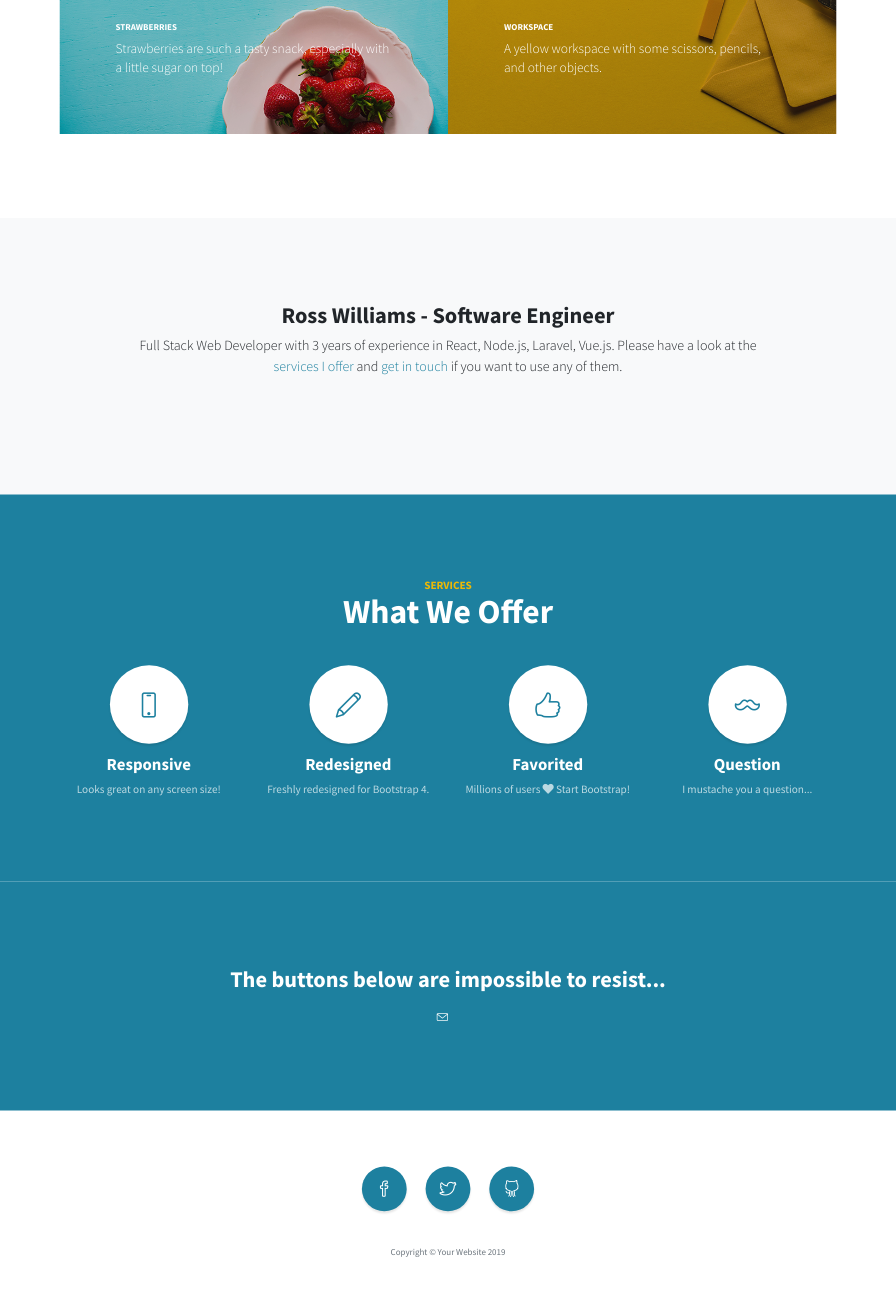
Repository: Williams94/Williams94.github.io
Page: index.html
The author's editor kept a copy of each file at every save. The page is drawn from the files as they stood at one save, then again after the next save.
The browser window is 1280 px wide. The pictures show the part of the page from y = 1568 to 3488 px (the page is 3446 px tall before and 3488 px after), at 70% of full size.
A picture or video elsewhere on the page could not be fetched, so the positions and the page height are approximate.

Above is the page before, as saved 2019-07-06 13:46:39.

### index.html
<!DOCTYPE html>
<html lang="en">

<head>

  <meta charset="utf-8">
  <meta name="viewport" content="width=device-width, initial-scale=1, shrink-to-fit=no">
  <meta name="description" content="">
  <meta name="author" content="">

  <title>Stylish Portfolio - Start Bootstrap Template</title>

  <!-- Bootstrap Core CSS -->
  <link href="vendor/bootstrap/css/bootstrap.min.css" rel="stylesheet">

  <!-- Custom Fonts -->
  <link href="vendor/fontawesome-free/css/all.min.css" rel="stylesheet" type="text/css">
  <link href="https://fonts.googleapis.com/css?family=Source+Sans+Pro:300,400,700,300italic,400italic,700italic"
    rel="stylesheet" type="text/css">
  <link href="vendor/simple-line-icons/css/simple-line-icons.css" rel="stylesheet">

  <!-- Custom CSS -->
  <link href="css/stylish-portfolio.css" rel="stylesheet">
  <!-- <link href="css/new-age.min.css" rel="stylesheet"> -->

</head>

<body id="page-top">

  <!-- Navigation -->
  <nav class="navbar navbar-expand-lg navbar-light fixed-top" id="mainNav">
    <div class="container">
      <a class="navbar-brand js-scroll-trigger" href="#page-top">Ross Williams</a>
      <button class="navbar-toggler navbar-toggler-right" type="button" data-toggle="collapse"
        data-target="#navbarResponsive" aria-controls="navbarResponsive" aria-expanded="false"
        aria-label="Toggle navigation">
        Menu
        <i class="fas fa-bars"></i>
      </button>
      <div class="collapse navbar-collapse" id="navbarResponsive">
        <ul class="navbar-nav ml-auto">
          <li class="nav-item">
            <a class="nav-link js-scroll-trigger" href="#about">About</a>
          </li>
          <li class="nav-item">
            <a class="nav-link js-scroll-trigger" href="#portfolio">Portfolio</a>
          </li>
          <li class="nav-item">
            <a class="nav-link js-scroll-trigger" href="#services">Services</a>
          </li>
          <li class="nav-item">
            <a class="nav-link js-scroll-trigger" href="#contact">Contact</a>
          </li>
        </ul>
      </div>
    </div>
  </nav>

  <!-- Header -->
  <header class="masthead">
    <div class="container h-100">
      <div class="row h-100">
        <div class="col-lg-7 my-auto">
          <div class="header-content mx-auto">
            <h1 class="mb-5">Welcome, please take a look at my previous projects and the services I offer.</h1>
          </div>
        </div>
        <div class="col-lg-5 my-auto">
          <div class="device-container">
            <div class="device-mockup iphone6_plus portrait white">
              <div class="device">
                <div class="screen">
                  <!-- Demo image for screen mockup, you can put an image here, some HTML, an animation, video, or anything else! -->
                  <img src="img/demo-screen-1.jpg" class="img-fluid" alt="">
                </div>
                <div class="button">
                  <!-- You can hook the "home button" to some JavaScript events or just remove it -->
                </div>
              </div>
            </div>
          </div>
        </div>
      </div>
    </div>
  </header>

  <!-- Portfolio -->
  <section class="content-section" id="portfolio">
    <div class="container">
      <div class="content-section-heading text-center">
        <h3 class="text-secondary mb-0">Portfolio</h3>
        <h2 class="mb-5">Recent Projects</h2>
      </div>
      <div class="row no-gutters">
        <div class="col-lg-6">
          <a class="portfolio-item" href="#">
            <span class="caption">
              <span class="caption-content">
                <h2>Stationary</h2>
                <p class="mb-0">A yellow pencil with envelopes on a clean, blue backdrop!</p>
              </span>
            </span>
            <img class="img-fluid" src="img/portfolio-1.jpg" alt="">
          </a>
        </div>
        <div class="col-lg-6">
          <a class="portfolio-item" href="#">
            <span class="caption">
              <span class="caption-content">
                <h2>Ice Cream</h2>
                <p class="mb-0">A dark blue background with a colored pencil, a clip, and a tiny ice cream cone!</p>
              </span>
            </span>
            <img class="img-fluid" src="img/portfolio-2.jpg" alt="">
          </a>
        </div>
        <div class="col-lg-6">
          <a class="portfolio-item" href="#">
            <span class="caption">
              <span class="caption-content">
                <h2>Strawberries</h2>
                <p class="mb-0">Strawberries are such a tasty snack, especially with a little sugar on top!</p>
              </span>
            </span>
            <img class="img-fluid" src="img/portfolio-3.jpg" alt="">
          </a>
        </div>
        <div class="col-lg-6">
          <a class="portfolio-item" href="#">
            <span class="caption">
              <span class="caption-content">
                <h2>Workspace</h2>
                <p class="mb-0">A yellow workspace with some scissors, pencils, and other objects.</p>
              </span>
            </span>
            <img class="img-fluid" src="img/portfolio-4.jpg" alt="">
          </a>
        </div>
      </div>
    </div>
  </section>

  <!-- About -->
  <section class="content-section bg-light" id="about">
    <div class="container text-center">
      <div class="row">
        <div class="col-lg-10 mx-auto">
          <h2>Ross Williams - Software Engineer</h2>
          <p class="lead mb-5">Full Stack Web Developer with 3 years of experience in React, Node.js, Laravel, Vue.js.
            Please have a look at the <a href="#services">services I offer</a> and <a href="#contact">get in touch</a>
            if you want to use any of them.
          </p>
        </div>
      </div>
    </div>
  </section>

  <!-- Services -->
  <section class="content-section bg-primary text-white text-center" id="services">
    <div class="container">
      <div class="content-section-heading">
        <h3 class="text-secondary mb-0">Services</h3>
        <h2 class="mb-5">What We Offer</h2>
      </div>
      <div class="row">
        <div class="col-lg-3 col-md-6 mb-5 mb-lg-0">
          <span class="service-icon rounded-circle mx-auto mb-3">
            <i class="icon-screen-smartphone"></i>
          </span>
          <h4>
            <strong>Responsive</strong>
          </h4>
          <p class="text-faded mb-0">Looks great on any screen size!</p>
        </div>
        <div class="col-lg-3 col-md-6 mb-5 mb-lg-0">
          <span class="service-icon rounded-circle mx-auto mb-3">
            <i class="icon-pencil"></i>
          </span>
          <h4>
            <strong>Redesigned</strong>
          </h4>
          <p class="text-faded mb-0">Freshly redesigned for Bootstrap 4.</p>
        </div>
        <div class="col-lg-3 col-md-6 mb-5 mb-md-0">
          <span class="service-icon rounded-circle mx-auto mb-3">
            <i class="icon-like"></i>
          </span>
          <h4>
            <strong>Favorited</strong>
          </h4>
          <p class="text-faded mb-0">Millions of users
            <i class="fas fa-heart"></i>
            Start Bootstrap!</p>
        </div>
        <div class="col-lg-3 col-md-6">
          <span class="service-icon rounded-circle mx-auto mb-3">
            <i class="icon-mustache"></i>
          </span>
          <h4>
            <strong>Question</strong>
          </h4>
          <p class="text-faded mb-0">I mustache you a question...</p>
        </div>
      </div>
    </div>
  </section>

  <!-- Call to Action -->
  <section class="content-section bg-primary text-white">
    <div class="container text-center">
      <h2 class="mb-4">The buttons below are impossible to resist...</h2>
      <a class="social-link rounded-circle text-white mr-3" href="#">
        <i class="icon-envelope"></i>
      </a>
    </div>
  </section>

  <!-- Map -->
  <!-- <section id="contact" class="map">
    <iframe width="100%" height="100%" frameborder="0" scrolling="no" marginheight="0" marginwidth="0"
      src="https://maps.google.com/maps?f=q&amp;source=s_q&amp;hl=en&amp;geocode=&amp;q=Twitter,+Inc.,+Market+Street,+San+Francisco,+CA&amp;aq=0&amp;oq=twitter&amp;sll=28.659344,-81.187888&amp;sspn=0.128789,0.264187&amp;ie=UTF8&amp;hq=Twitter,+Inc.,+Market+Street,+San+Francisco,+CA&amp;t=m&amp;z=15&amp;iwloc=A&amp;output=embed"></iframe>
    <br />
    <small>
      <a
        href="https://maps.google.com/maps?f=q&amp;source=embed&amp;hl=en&amp;geocode=&amp;q=Twitter,+Inc.,+Market+Street,+San+Francisco,+CA&amp;aq=0&amp;oq=twitter&amp;sll=28.659344,-81.187888&amp;sspn=0.128789,0.264187&amp;ie=UTF8&amp;hq=Twitter,+Inc.,+Market+Street,+San+Francisco,+CA&amp;t=m&amp;z=15&amp;iwloc=A"></a>
    </small>
  </section> -->

  <!-- Footer -->
  <footer class="footer text-center">
    <div class="container">
      <ul class="list-inline mb-5">
        <li class="list-inline-item">
          <a class="social-link rounded-circle text-white mr-3" href="#">
            <i class="icon-social-facebook"></i>
          </a>
        </li>
        <li class="list-inline-item">
          <a class="social-link rounded-circle text-white mr-3" href="#">
            <i class="icon-social-twitter"></i>
          </a>
        </li>
        <li class="list-inline-item">
          <a class="social-link rounded-circle text-white" href="#">
            <i class="icon-social-github"></i>
          </a>
        </li>
      </ul>
      <p class="text-muted small mb-0">Copyright &copy; Your Website 2019</p>
    </div>
  </footer>

  <!-- Scroll to Top Button-->
  <a class="scroll-to-top rounded js-scroll-trigger" href="#page-top">
    <i class="fas fa-angle-up"></i>
  </a>

  <!-- Bootstrap core JavaScript -->
  <script src="vendor/jquery/jquery.min.js"></script>
  <script src="vendor/bootstrap/js/bootstrap.bundle.min.js"></script>

  <!-- Plugin JavaScript -->
  <script src="vendor/jquery-easing/jquery.easing.min.js"></script>

  <!-- Custom scripts for this template -->
  <script src="js/stylish-portfolio.min.js"></script>

</body>

</html>

### css/stylish-portfolio.css
/*!
 * Start Bootstrap - Stylish Portfolio v5.0.6 (https://startbootstrap.com/template-overviews/stylish-portfolio)
 * Copyright 2013-2019 Start Bootstrap
 * Licensed under MIT (https://github.com/BlackrockDigital/startbootstrap-stylish-portfolio/blob/master/LICENSE)
 */

body,
html {
  width: 100%;
  height: 100%;
}

body {
  font-family: "Source Sans Pro";
}

.btn-xl {
  padding: 1.25rem 2.5rem;
}

.content-section {
  padding-top: 7.5rem;
  padding-bottom: 7.5rem;
}

.content-section-heading h2 {
  font-size: 3rem;
}

.content-section-heading h3 {
  font-size: 1rem;
  text-transform: uppercase;
}

h1,
h2,
h3,
h4,
h5,
h6 {
  font-weight: 700;
}

.text-faded {
  color: rgba(255, 255, 255, 0.7);
}

/* Map */
.map {
  height: 30rem;
}

@media (max-width: 992px) {
  .map {
    height: 75%;
  }
}

.map iframe {
  pointer-events: none;
}

.scroll-to-top {
  position: fixed;
  right: 15px;
  bottom: 15px;
  display: none;
  width: 50px;
  height: 50px;
  text-align: center;
  color: white;
  background: rgba(52, 58, 64, 0.5);
  line-height: 45px;
}

.scroll-to-top:focus,
.scroll-to-top:hover {
  color: white;
}

.scroll-to-top:hover {
  background: #343a40;
}

.scroll-to-top i {
  font-weight: 800;
}

.masthead {
  min-height: 30rem;
  position: relative;
  display: table;
  width: 100%;
  height: auto;
  padding-top: 8rem;
  padding-bottom: 8rem;
  background: -webkit-gradient(
      linear,
      left top,
      right top,
      from(rgba(255, 255, 255, 0.1)),
      to(rgba(255, 255, 255, 0.1))
    ),
    url("../img/bg-masthead.jpg");
  background: linear-gradient(
      90deg,
      rgba(255, 255, 255, 0.1) 0%,
      rgba(255, 255, 255, 0.1) 100%
    ),
    url("../img/bg-masthead.jpg");
  background-position: center center;
  background-repeat: no-repeat;
  background-size: cover;
}

.masthead h1 {
  font-size: 4rem;
  margin: 0;
  padding: 0;
}

@media (min-width: 992px) {
  .masthead {
    height: 100vh;
  }
  .masthead h1 {
    font-size: 5.5rem;
  }
}

/* Side Menu */
#sidebar-wrapper {
  position: fixed;
  z-index: 2;
  right: 0;
  width: 250px;
  height: 100%;
  -webkit-transition: all 0.4s ease 0s;
  transition: all 0.4s ease 0s;
  -webkit-transform: translateX(250px);
  transform: translateX(250px);
  background: #1d809f;
  border-left: 1px solid rgba(255, 255, 255, 0.1);
}

.sidebar-nav {
  position: absolute;
  top: 0;
  width: 250px;
  margin: 0;
  padding: 0;
  list-style: none;
}

.sidebar-nav li.sidebar-nav-item a {
  display: block;
  text-decoration: none;
  color: #fff;
  padding: 15px;
}

.sidebar-nav li a:hover {
  text-decoration: none;
  color: #fff;
  background: rgba(255, 255, 255, 0.2);
}

.sidebar-nav li a:active,
.sidebar-nav li a:focus {
  text-decoration: none;
}

.sidebar-nav > .sidebar-brand {
  font-size: 1.2rem;
  background: rgba(52, 58, 64, 0.1);
  height: 80px;
  line-height: 50px;
  padding-top: 15px;
  padding-bottom: 15px;
  padding-left: 15px;
}

.sidebar-nav > .sidebar-brand a {
  color: #fff;
}

.sidebar-nav > .sidebar-brand a:hover {
  color: #fff;
  background: none;
}

#sidebar-wrapper.active {
  right: 250px;
  width: 250px;
  -webkit-transition: all 0.4s ease 0s;
  transition: all 0.4s ease 0s;
}

.menu-toggle {
  position: fixed;
  right: 15px;
  top: 15px;
  width: 50px;
  height: 50px;
  text-align: center;
  color: #fff;
  background: rgba(52, 58, 64, 0.5);
  line-height: 50px;
  z-index: 999;
}

.menu-toggle:focus,
.menu-toggle:hover {
  color: #fff;
}

.menu-toggle:hover {
  background: #343a40;
}

.service-icon {
  background-color: #fff;
  color: #1d809f;
  height: 7rem;
  width: 7rem;
  display: block;
  line-height: 7.5rem;
  font-size: 2.25rem;
  -webkit-box-shadow: 0 3px 3px 0 rgba(0, 0, 0, 0.1);
  box-shadow: 0 3px 3px 0 rgba(0, 0, 0, 0.1);
}

.callout {
  padding: 15rem 0;
  background: -webkit-gradient(
      linear,
      left top,
      right top,
      from(rgba(255, 255, 255, 0.1)),
      to(rgba(255, 255, 255, 0.1))
    ),
    url("../img/bg-callout.jpg");
  background: linear-gradient(
      90deg,
      rgba(255, 255, 255, 0.1) 0%,
      rgba(255, 255, 255, 0.1) 100%
    ),
    url("../img/bg-callout.jpg");
  background-position: center center;
  background-repeat: no-repeat;
  background-size: cover;
}

.callout h2 {
  font-size: 3.5rem;
  font-weight: 700;
  display: block;
  max-width: 30rem;
}

.portfolio-item {
  display: block;
  position: relative;
  overflow: hidden;
  max-width: 530px;
  margin: auto auto 1rem;
}

.portfolio-item .caption {
  display: -webkit-box;
  display: -ms-flexbox;
  display: flex;
  height: 100%;
  width: 100%;
  background-color: rgba(33, 37, 41, 0.2);
  position: absolute;
  top: 0;
  bottom: 0;
  z-index: 1;
}

.portfolio-item .caption .caption-content {
  color: #fff;
  margin: auto 2rem 2rem;
}

.portfolio-item .caption .caption-content h2 {
  font-size: 0.8rem;
  text-transform: uppercase;
}

.portfolio-item .caption .caption-content p {
  font-weight: 300;
  font-size: 1.2rem;
}

@media (min-width: 992px) {
  .portfolio-item {
    max-width: none;
    margin: 0;
  }
  .portfolio-item .caption {
    -webkit-transition: -webkit-clip-path 0.25s ease-out, background-color 0.7s;
    -webkit-clip-path: inset(0px);
    clip-path: inset(0px);
  }
  .portfolio-item .caption .caption-content {
    -webkit-transition: opacity 0.25s;
    transition: opacity 0.25s;
    margin-left: 5rem;
    margin-right: 5rem;
    margin-bottom: 5rem;
  }
  .portfolio-item img {
    -webkit-transition: -webkit-clip-path 0.25s ease-out;
    -webkit-clip-path: inset(-1px);
    clip-path: inset(-1px);
  }
  .portfolio-item:hover img {
    -webkit-clip-path: inset(2rem);
    clip-path: inset(2rem);
  }
  .portfolio-item:hover .caption {
    background-color: rgba(29, 128, 159, 0.9);
    -webkit-clip-path: inset(2rem);
    clip-path: inset(2rem);
  }
}

footer.footer {
  padding-top: 5rem;
  padding-bottom: 5rem;
}

footer.footer .social-link {
  display: block;
  height: 4rem;
  width: 4rem;
  line-height: 4.3rem;
  font-size: 1.5rem;
  background-color: #1d809f;
  -webkit-transition: background-color 0.15s ease-in-out;
  transition: background-color 0.15s ease-in-out;
  -webkit-box-shadow: 0 3px 3px 0 rgba(0, 0, 0, 0.1);
  box-shadow: 0 3px 3px 0 rgba(0, 0, 0, 0.1);
}

footer.footer .social-link:hover {
  background-color: #155d74;
  text-decoration: none;
}

a {
  color: #1d809f;
}

a:hover,
a:focus,
a:active {
  color: #155d74;
}

.btn-primary {
  background-color: #1d809f !important;
  border-color: #1d809f !important;
  color: #fff !important;
}

.btn-primary:hover,
.btn-primary:focus,
.btn-primary:active {
  background-color: #155d74 !important;
  border-color: #155d74 !important;
}

.btn-secondary {
  background-color: #ecb807 !important;
  border-color: #ecb807 !important;
  color: #fff !important;
}

.btn-secondary:hover,
.btn-secondary:focus,
.btn-secondary:active {
  background-color: #ba9106 !important;
  border-color: #ba9106 !important;
}

.btn-dark {
  color: #fff !important;
}

.btn {
  -webkit-box-shadow: 0px 3px 3px 0px rgba(0, 0, 0, 0.1);
  box-shadow: 0px 3px 3px 0px rgba(0, 0, 0, 0.1);
  font-weight: 700;
}

.bg-primary {
  background-color: #1d809f !important;
}

.text-primary {
  color: #1d809f !important;
}

.text-secondary {
  color: #ecb807 !important;
}

#mainNav {
  border-color: rgba(34, 34, 34, 0.05);
  background-color: white;
  -webkit-transition: all 0.35s;
  transition: all 0.35s;
  font-family: "Catamaran", "Helvetica", "Arial", "sans-serif";
  font-weight: 200;
  letter-spacing: 1px;
}

#mainNav .navbar-brand {
  color: #fdcc52;
  font-family: "Catamaran", "Helvetica", "Arial", "sans-serif";
  font-weight: 200;
  letter-spacing: 1px;
}

#mainNav .navbar-brand:hover,
#mainNav .navbar-brand:focus {
  color: #fcbd20;
}

#mainNav .navbar-toggler {
  font-size: 12px;
  padding: 8px 10px;
  color: #222222;
}

#mainNav .navbar-nav > li > a {
  font-size: 11px;
  font-family: "Lato", "Helvetica", "Arial", "sans-serif";
  letter-spacing: 2px;
  text-transform: uppercase;
}

#mainNav .navbar-nav > li > a.active {
  color: #fdcc52 !important;
  background-color: transparent;
}

#mainNav .navbar-nav > li > a.active:hover {
  background-color: transparent;
}

#mainNav .navbar-nav > li > a,
#mainNav .navbar-nav > li > a:focus {
  color: #222222;
}

#mainNav .navbar-nav > li > a:hover,
#mainNav .navbar-nav > li > a:focus:hover {
  color: #fdcc52;
}

@media (min-width: 992px) {
  #mainNav {
    border-color: transparent;
    background-color: transparent;
  }
  #mainNav .navbar-brand {
    color: fade(white, 70%);
  }
  #mainNav .navbar-brand:hover,
  #mainNav .navbar-brand:focus {
    color: white;
  }
  #mainNav .navbar-nav > li > a,
  #mainNav .navbar-nav > li > a:focus {
    color: rgba(255, 255, 255, 0.7);
  }
  #mainNav .navbar-nav > li > a:hover,
  #mainNav .navbar-nav > li > a:focus:hover {
    color: white;
  }
  #mainNav.navbar-shrink {
    border-color: rgba(34, 34, 34, 0.1);
    background-color: white;
  }
  #mainNav.navbar-shrink .navbar-brand {
    color: #222222;
  }
  #mainNav.navbar-shrink .navbar-brand:hover,
  #mainNav.navbar-shrink .navbar-brand:focus {
    color: #fdcc52;
  }
  #mainNav.navbar-shrink .navbar-nav > li > a,
  #mainNav.navbar-shrink .navbar-nav > li > a:focus {
    color: #222222;
  }
  #mainNav.navbar-shrink .navbar-nav > li > a:hover,
  #mainNav.navbar-shrink .navbar-nav > li > a:focus:hover {
    color: #fdcc52;
  }
}


header.masthead {
  position: relative;
  width: 100%;
  padding-top: 150px;
  padding-bottom: 100px;
  color: white;
  background: url("../img/bg-pattern.png"), #7b4397;
  background: url("../img/bg-pattern.png"), -webkit-gradient(linear, right top, left top, from(#7b4397), to(#dc2430));
  background: url("../img/bg-pattern.png"), linear-gradient(to left, #7b4397, #dc2430);
}

header.masthead .header-content {
  max-width: 500px;
  margin-bottom: 100px;
  text-align: center;
}

header.masthead .header-content h1 {
  font-size: 30px;
}

header.masthead .device-container {
  max-width: 325px;
  margin-right: auto;
  margin-left: auto;
}

header.masthead .device-container .screen img {
  border-radius: 3px;
}

@media (min-width: 992px) {
  header.masthead {
    height: 100vh;
    min-height: 775px;
    padding-top: 0;
    padding-bottom: 0;
  }
  header.masthead .header-content {
    margin-bottom: 0;
    text-align: left;
  }
  header.masthead .header-content h1 {
    font-size: 50px;
  }
  header.masthead .device-container {
    max-width: 325px;
  }
}

Loaded but not shown: vendor/bootstrap/css/bootstrap.min.css (library); vendor/fontawesome-free/css/all.min.css (library); vendor/simple-line-icons/css/simple-line-icons.css (library); vendor/jquery/jquery.min.js (library); vendor/bootstrap/js/bootstrap.bundle.min.js (library); vendor/jquery-easing/jquery.easing.min.js (common file); js/stylish-portfolio.min.js (common file)

After the next save:
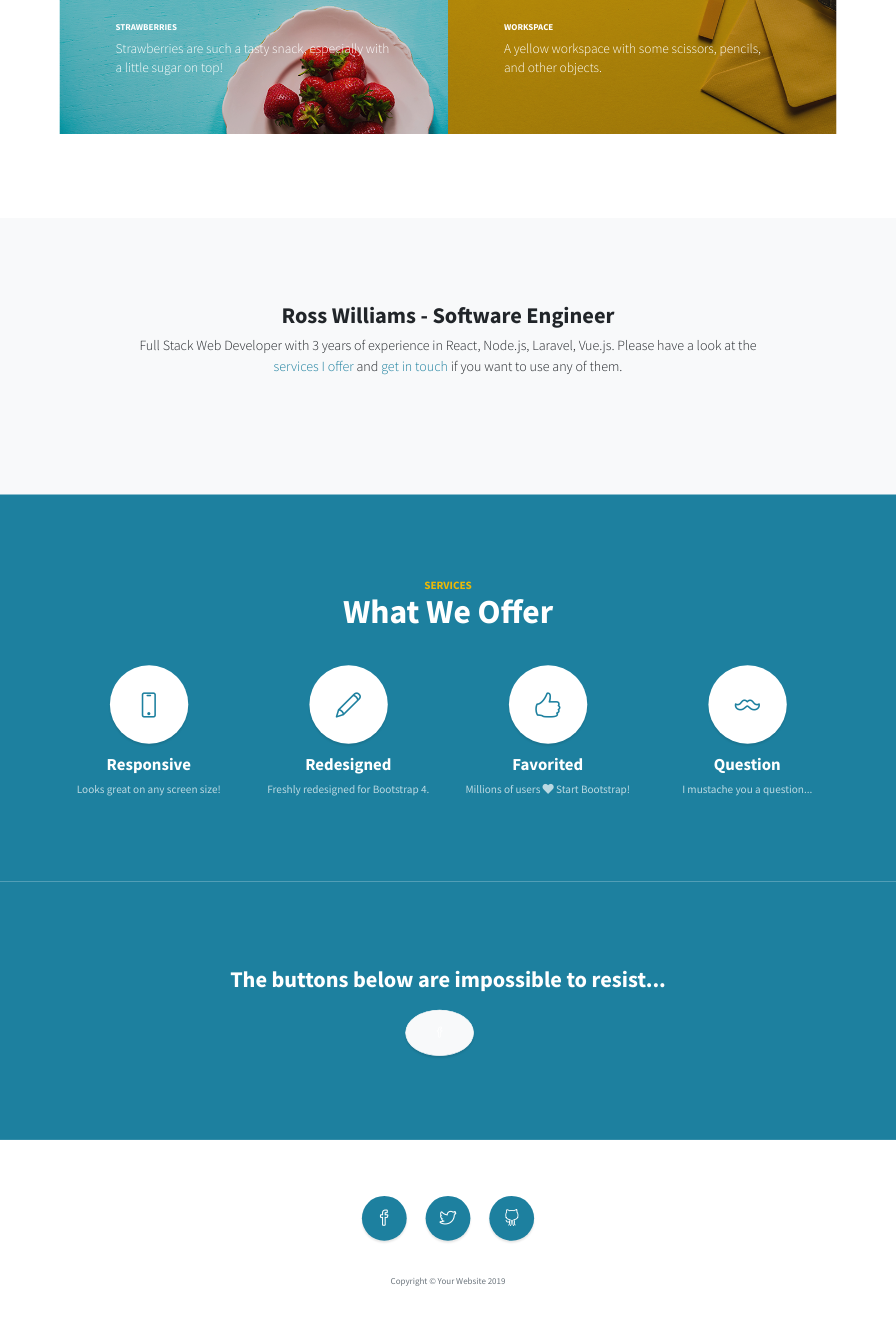
Saved 23 s later.
--- a/index.html
+++ b/index.html
@@ -209,9 +209,9 @@
   <section class="content-section bg-primary text-white">
     <div class="container text-center">
       <h2 class="mb-4">The buttons below are impossible to resist...</h2>
-      <a class="social-link rounded-circle text-white mr-3" href="#">
-        <i class="icon-envelope"></i>
-      </a>
+          <a class="social-link rounded-circle text-white btn btn-xl btn-light mr-4" href="#">
+              <i class="icon-social-facebook"></i>
+            </a>
     </div>
   </section>
 
